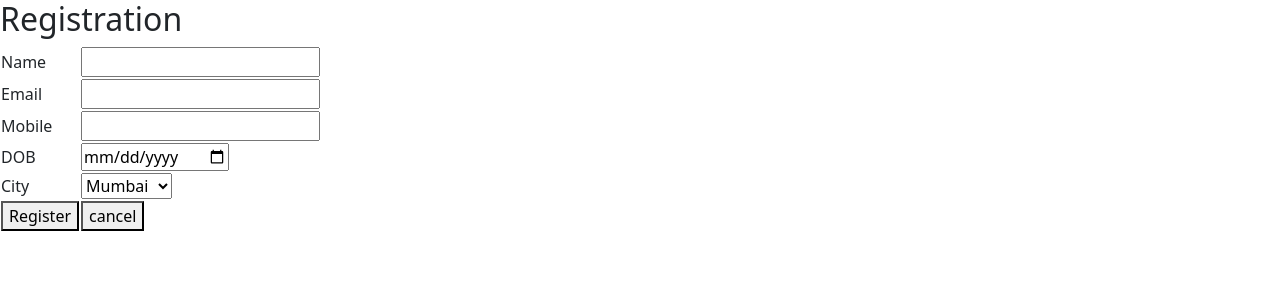
Repository: saurabh-7079/BookApp
Page: UserManagement/WebContent/home.html
These files come from the project's save history. The page is drawn as it stood at one moment and after the next save; the edit follows.
The browser window is 1280 px wide. The pictures show the whole page.

Above is the page before, as saved 2023-06-05 13:23:23.

After the next save:
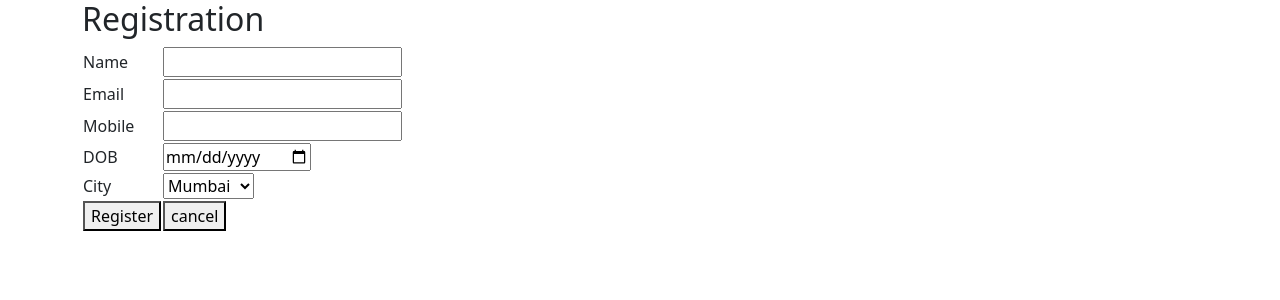
Saved 31 s later.
--- a/UserManagement/WebContent/home.html
+++ b/UserManagement/WebContent/home.html
@@ -5,7 +5,7 @@
 <title>Insert title here</title>
 <link rel="stylesheet" href="css/bootstrap.css"></link>
 </head>
-<body>
+<body class="container">
    <form action="register" method="post">
       <h2>Registration </h2>
       <table>
